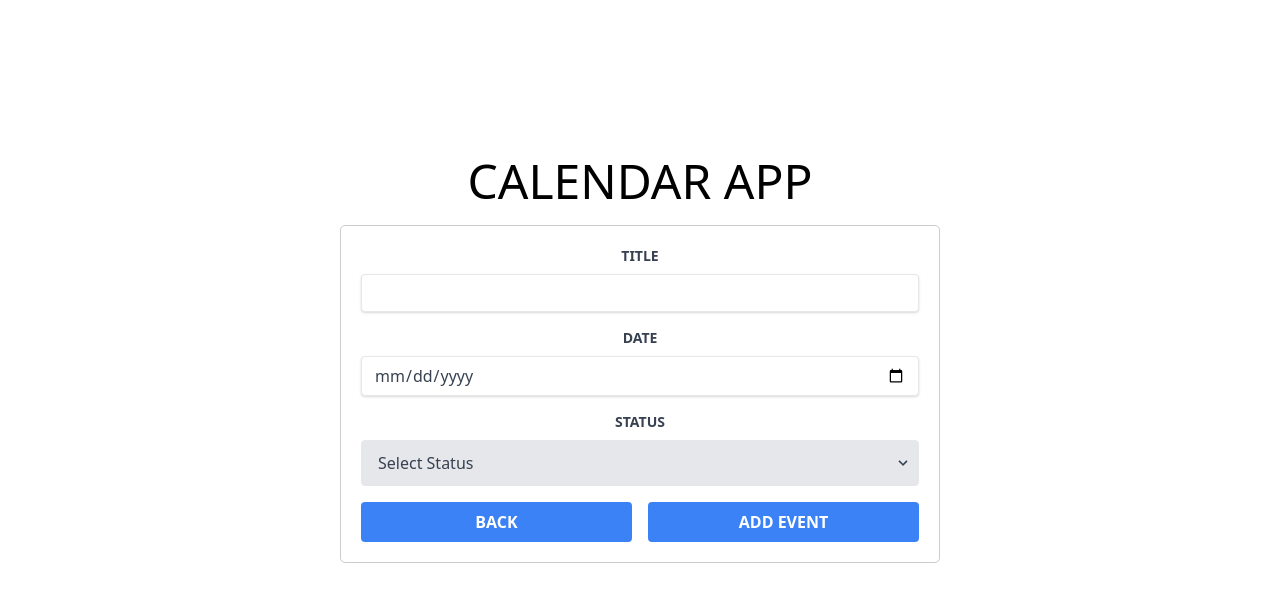
Repository: maikeru-desu/parking-lot
Page: /add (app in parking-lot-fe/)
The author's editor kept a copy of each file at every save. The page is drawn from the files as they stood at one save, then again after a run of saves.
The browser window is 1280 px wide. The pictures show the whole page.
The project was rebuilt for these pictures with package versions that can differ from the ones it lists, and the page was loaded fresh each time. Also part of the build but not shown: parking-lot-fe/craco.config.js, parking-lot-fe/src/pages/Home.js, parking-lot-fe/src/pages/Edit.js.

Above is the page before, as saved 2021-10-14 07:17:20.

### parking-lot-fe/src/index.js
import React from 'react';
import ReactDOM from 'react-dom';
import './index.css';
import App from './App';
import {Provider} from "react-redux";
import {BrowserRouter} from "react-router-dom";
import reportWebVitals from './reportWebVitals';
import store from './redux/store';

ReactDOM.render(
    <React.StrictMode>
        <BrowserRouter>
            <Provider store={store}>
                <App />
            </Provider>
        </BrowserRouter>
    </React.StrictMode>,
    document.getElementById('root')
);

// If you want to start measuring performance in your app, pass a function
// to log results (for example: reportWebVitals(console.log))
// or send to an analytics endpoint. Learn more: https://bit.ly/CRA-vitals
reportWebVitals();

### parking-lot-fe/src/App.js
import logo from './logo.svg';
import './App.css';
import {Switch, Route} from "react-router-dom";
import Home from './pages/Home';
import Add from './pages/Add';
import Edit from './pages/Edit';

function App() {
  return (
    <div className="App">
          <h1 class="mb-5 text-5xl">CALENDAR APP</h1>
        <Switch>
            <Route exact path="/" component={Home} />
            <Route exact path="/add" component={Add} />
            <Route exact path="/edit/:id" component={Edit} />
        </Switch>
    </div>
  );
}

export default App;

### parking-lot-fe/src/redux/store.js
import {createStore, applyMiddleware} from "redux";
import logger from "redux-logger";
import reduxThunk from "redux-thunk";
import rootReducer from "./root-reducer";

const middlewares = [reduxThunk];

if (process.env.NODE_ENV === "development") {
    middlewares.push(logger)
}

const store = createStore(rootReducer, applyMiddleware(...middlewares));

export default store;

### parking-lot-fe/src/pages/Add.js
import React, {useState} from 'react'
import { useHistory } from 'react-router-dom';
import { useDispatch } from 'react-redux';
import { addEvent } from '../redux/actions';
import '../form.css';

const Add = () => {
    const [state, setState] = useState({
        title: "",
        date: "",
        status: ""
    });

    const [error, setError] = useState("");

    let history = useHistory();
    let dispatch = useDispatch();
    const {title, date, status} = state;

    const handleChange = (e) => {
        let {name, value} = e.target;
        console.log(value);
        setState({...state, [name]: value});
    }

    const handleSubmit = (e) => {
        e.preventDefault();
        console.log(state);
        if (!title || !date || !status) {
            setError("All fields are required");
        } else {
            dispatch(addEvent(state));
            history.push('/');
            setError("");
        }
    }
    return (
        <div>
            <form method="POST" onSubmit={handleSubmit}>
                {error && <h3 className="text-red-700">{error}</h3>}
                <div className="mb-4">
                    <label className="block text-gray-700 text-sm font-bold mb-2" for="name">
                        TITLE
                    </label>
                    <input
                        name="title"
                        id="title"
                        value={title}
                        type={title}
                        onChange={handleChange}
                        className="shadow appearance-none border rounded w-full py-2 px-3 text-gray-700 leading-tight focus:outline-none focus:shadow-outline"
                    />
                </div>
                <div className="mb-4">
                    <label className="block text-gray-700 text-sm font-bold mb-2" for="name">
                        DATE
                    </label>
                    <input
                        type="date"
                        name="date"
                        id="date"
                        value={date}
                        onChange={handleChange}
                        className="shadow appearance-none border rounded w-full py-2 px-3 text-gray-700 leading-tight focus:outline-none focus:shadow-outline"
                    />
                </div>
                <div className="mb-4">
                    <label className="block text-gray-700 text-sm font-bold mb-2" for="name">
                        STATUS
                    </label>
                    <div className="relative">
                        <select
                            id="status"
                            name="status"
                            value={status}
                            onChange={handleChange}
                            className="block appearance-none w-full bg-gray-200 border border-gray-200 text-gray-700 py-3 px-4 pr-8 rounded leading-tight focus:outline-none focus:bg-white focus:border-gray-500">
                            <option>Select Status</option>
                            <option value="0">Pending</option>
                            <option value="2">Ongoing</option>
                            <option value="1">Done</option>
                        </select>
                        <div className="pointer-events-none absolute inset-y-0 right-0 flex items-center px-2 text-gray-700">
                            <svg className="fill-current h-4 w-4" xmlns="http://www.w3.org/2000/svg" viewBox="0 0 20 20">
                                <path d="M9.293 12.95l.707.707L15.657 8l-1.414-1.414L10 10.828 5.757 6.586 4.343 8z" />
                            </svg>
                        </div>
                    </div>
                </div>
                <div className="flex items-center justify-between">
                    <button
                        onClick={() => history.push("/")}
                        className="mr-2 bg-blue-500 hover:bg-blue-700 text-white font-bold py-2 px-4 rounded focus:outline-none focus:shadow-outline"
                        type="button">
                        BACK
                    </button>
                    <button
                        type="submit"
                        className="ml-2 bg-blue-500 hover:bg-blue-700 text-white font-bold py-2 px-4 rounded focus:outline-none focus:shadow-outline">
                        ADD EVENT
                    </button>
                </div>
            </form>
        </div>
    )
}

export default Add

### parking-lot-fe/src/redux/root-reducer.js
import {combineReducers} from "redux";
import eventsReducers from "./reducer";

const rootReducer = combineReducers({
    events: eventsReducers
});

export default rootReducer;

### parking-lot-fe/src/redux/actions.js
import * as types from "./actionType";
import axios from "axios";

const getEvents = (events) => ({
    type: types.GET_EVENTS,
    payload: events
});

const eventDeleted = () => ({
    type: types.DELETE_EVENT
});

const eventAdded = () => ({
    type: types.ADD_EVENT
});

const eventFetched = (event) => ({
    type: types.GET_EVENT,
    payload: event,
});

const eventUpdated = () => ({
    type: types.UPDATE_EVENT
});

export const loadEvents = () => {
    return function (dispatch) {
        axios.get(`${process.env.REACT_APP_API}`).then((resp) => {
            // console.log("resp", resp);
            dispatch(getEvents(resp.data));
        })
        .catch((error) => console.log(error));
    };
};

export const deleteEvent = (id) => {
    return function (dispatch) {
        axios.delete(`${process.env.REACT_APP_API}/${id}`).then((resp) => {
            console.log("resp", resp);
            dispatch(eventDeleted());
            dispatch(loadEvents());
        })
        .catch((error) => console.log(error));
    };
};

export const addEvent = (user) => {
    return function (dispatch) {
        axios.post(`${process.env.REACT_APP_API}`, user).then((resp) => {
            console.log("resp", resp);
            dispatch(eventAdded());
            dispatch(loadEvents());
        })
        .catch((error) => console.log(error));
    };
};

export const getEvent = (id) => {
    return function (dispatch) {
        axios.get(`${process.env.REACT_APP_API}/${id}`).then((resp) => {
            console.log("resp", resp);
            dispatch(eventFetched(resp.data));
        })
        .catch((error) => console.log(error));
    };
};

export const updateEvent = (user, id) => {
    return function (dispatch) {
        axios.put(`${process.env.REACT_APP_API}/${id}`, user).then((resp) => {
            console.log("resp", resp);
            dispatch(eventUpdated());
        })
            .catch((error) => console.log(error));
    };
};

### parking-lot-fe/src/form.css
html, body {
  height: 100%
}

body {
  display: flex;
  justify-content: center;
  align-items: center;
}

form {
  padding: 20px;
  border: 1px solid #ccc;
  border-radius: 5px;
  width: 100%;
}

button {
  width: 100%
}

#root {
    width: 100%;
    max-width: 600px;
}

### parking-lot-fe/src/redux/reducer.js
import * as types from "./actionType";

const initialState = {
    events: [],
    event: {},
    loading: true
}

const eventsReducers = (state = initialState, action) => {
    switch (action.type) {
        case types.GET_EVENTS:
            return {
                ...state,
                events: action.payload,
                loading: false,
            };
        case types.DELETE_EVENT:
        case types.ADD_EVENT:
        case types.UPDATE_EVENT:
            return {
                ...state,
                loading: false,
            }
        case types.GET_EVENT:
            return {
                ...state,
                event: action.payload,
                loading: false,
            };
        default:
            return state;
    }
}

export default eventsReducers;

### parking-lot-fe/src/redux/actionType.js
export const GET_EVENTS = "GET_EVENTS";
export const DELETE_EVENT = "DELETE_EVENT";
export const ADD_EVENT = "ADD_EVENT";
export const GET_EVENT = "GET_EVENT";
export const UPDATE_EVENT = "UPDATE_EVENT";

Loaded but not shown: parking-lot-fe/src/index.css (common file); parking-lot-fe/src/reportWebVitals.js (common file); parking-lot-fe/src/App.css (common file); parking-lot-fe/tailwind.config.js (common file)

After the next 2 saves:
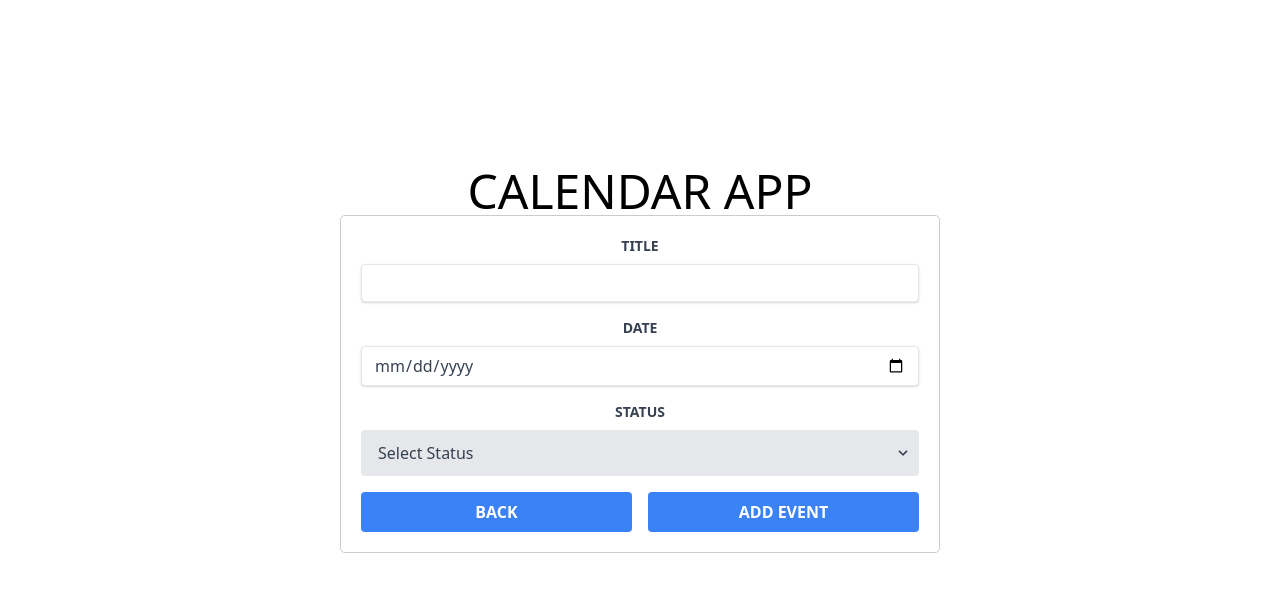
The 2 saves are shown as one change because they came seconds apart.
The last was saved 79 s later.
--- a/parking-lot-fe/src/App.js
+++ b/parking-lot-fe/src/App.js
@@ -8,7 +8,7 @@ import Edit from './pages/Edit';
 function App() {
   return (
     <div className="App">
-          <h1 class="mb-5 text-5xl">CALENDAR APP</h1>
+          <h1 class="mb-15 text-5xl">CALENDAR APP</h1>
         <Switch>
             <Route exact path="/" component={Home} />
             <Route exact path="/add" component={Add} />
